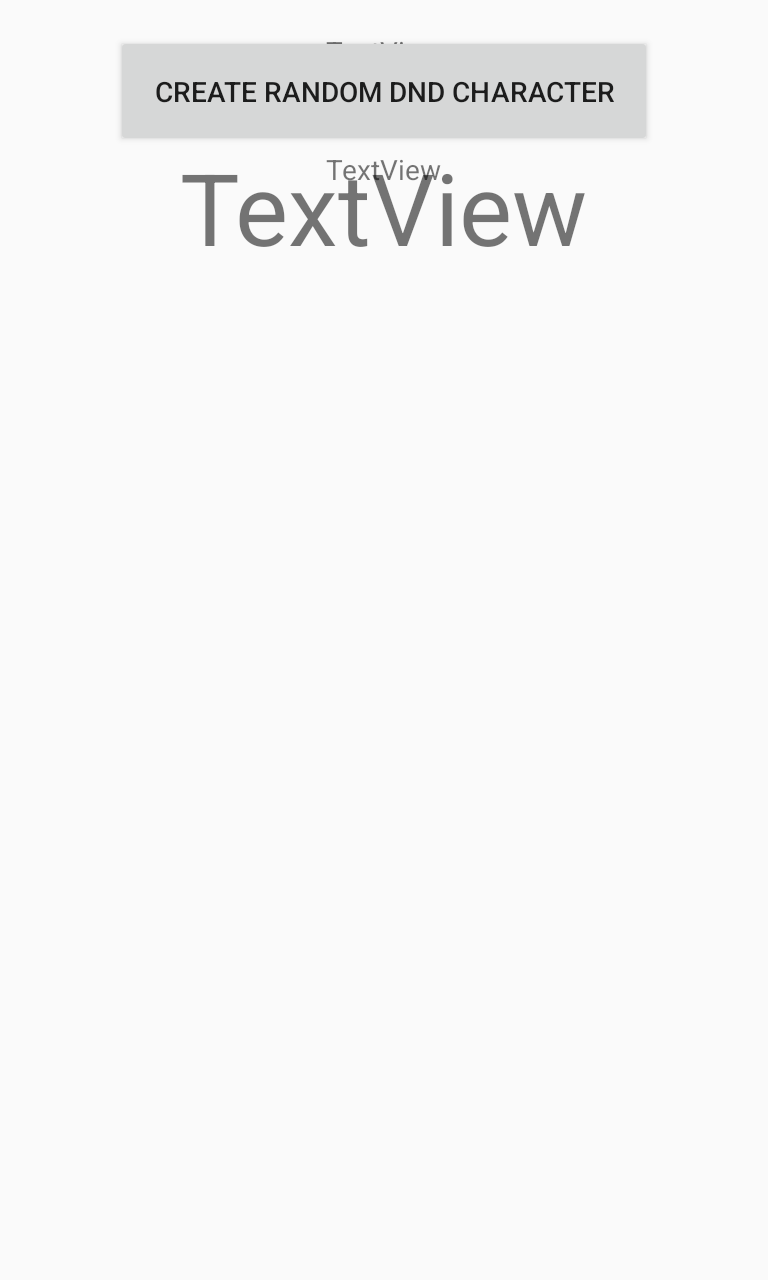
Repository: Vortelf/DnDAndroid
Layout: BuildApp/DnD/res/layout/activity_random_char.xml
These files come from the project's save history. The layout is drawn as it stood at one moment and after the next save; the edit follows.
It is drawn on a 768 x 1280 px phone screen (xhdpi) without system bars, with theme AppTheme; the app's code is not run.

Above is the layout before, as saved 2014-11-08 16:57:45.

After the next save:
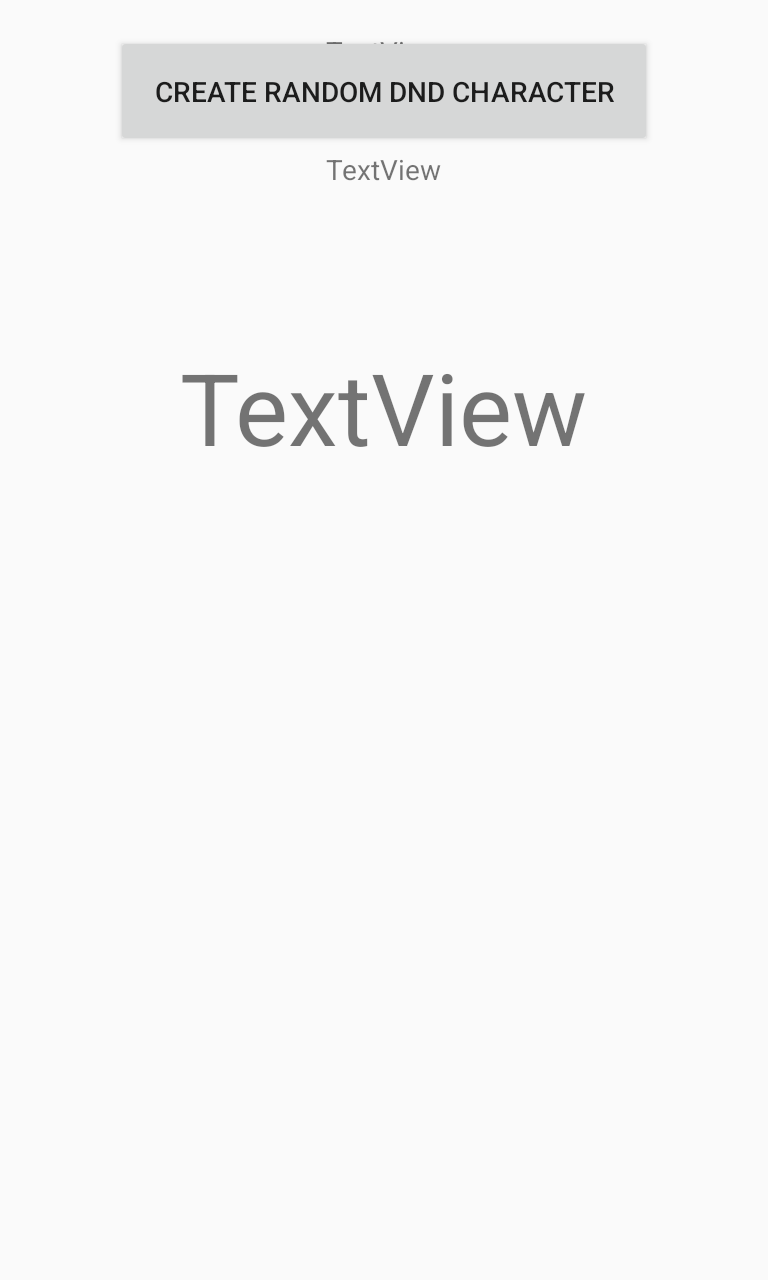
Saved 9 s later.
--- a/BuildApp/DnD/res/layout/activity_random_char.xml
+++ b/BuildApp/DnD/res/layout/activity_random_char.xml
@@ -40,7 +40,7 @@
    	    android:layout_width="wrap_content"
    	    android:layout_height="wrap_content"
    	    android:layout_centerHorizontal="true"
-   	    android:layout_marginTop="54dp"
+   	    android:layout_marginTop="154dp"
    	    android:text="TextView"
    	    android:textSize="50sp" />
 
